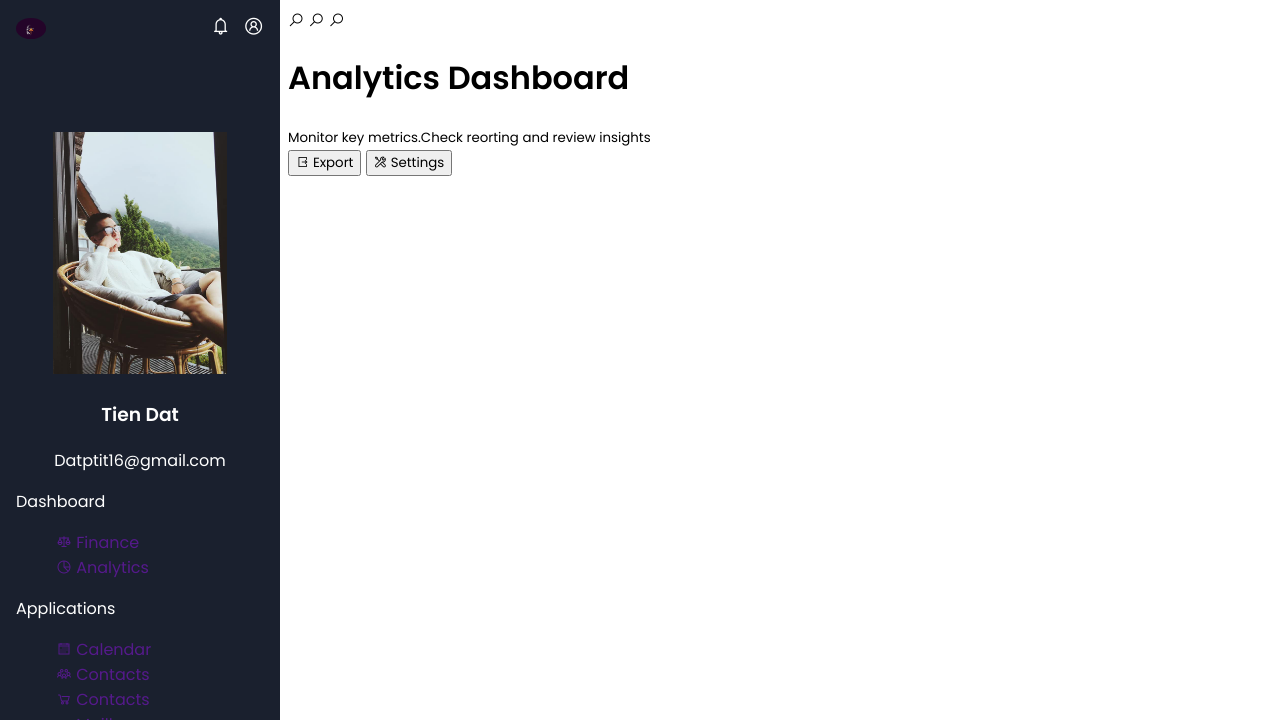
Repository: Datt21/dashboard-fe-project
Page: index.html
An editor plug-in stored every save of this project. The page is shown before and after the next save, followed by the edit.
The browser window is 1280 px wide. The pictures show the whole page.

Above is the page before, as saved 2021-06-08 14:05:06.

### index.html
<!DOCTYPE html>
<html lang="en">
<head>
    <meta charset="UTF-8">
    <meta http-equiv="X-UA-Compatible" content="IE=edge">
    <meta name="viewport" content="width=device-width, initial-scale=1.0 maxium-scale=1.0">

    <!-- =============== UNICONS =================== -->
    <link rel="stylesheet" href="https://maxst.icons8.com/vue-static/landings/line-awesome/line-awesome/1.3.0/css/line-awesome.min.css">
    <!-- =============== GOOGLE FONT =============== -->

    <!-- =============== CSS ================== -->
    <link rel="stylesheet" href="./assets/css/style.css">

    <title>Tien Dat Admin Dashboard</title>

</head>
<body>
    <!-- ========== SIDEBAR======== -->
    <div class="sidebar">
    <!-- brand -->
         <div class="sidebar__brand">
             <div class="brand__flex">
                 <img src="./img/loGO1.jpg" width="30px" alt="">

                 <div class="brand__icons">
                     <span class="las la-bell"></span>
                     <span class="las la-user-circle"></span>
                 </div>
             </div>
         </div>
    <!-- main -->
         <div class="sidebar__main">
             <div class="sidebar__user">
                 <img src="./img/Daboo1.jpg" alt="">
                 <div>
                     <h3> Tien Dat</h3>
                     <span> Datptit16@gmail.com</span>
                 </div>
             </div>
             <div class="sidebar__menu">
                 <div class="menu-head">
                     <span> Dashboard</span>
                 </div>
                 <ul>
                     <li>
                         <a href="">
                         <span class="las la-balance-scale"></span>
                        Finance
                        </a>
                    </li>
                     <li>
                         <a href=""><span class="las la-chart-pie"></span>
                        Analytics
                         </a>
                    </li>
                 </ul>

                 <div class="menu-head">
                    <span> Applications</span>
                </div>
                <ul>
                    <li>
                        <a href="">
                        <span class="las la-calendar"></span>
                       Calendar
                       </a>
                   </li>
                    <li>
                        <a href=""><span class="las la-users"></span>
                       Contacts
                        </a>
                   </li>
                    <li>
                        <a href=""><span class="las la-shopping-cart"></span>
                       Contacts
                        </a>
                   </li>
                    <li>
                        <a href=""><span class="las la-envelope"></span>
                       Mailbox
                        </a>
                   </li>
                    <li>
                        <a href=""><span class="las la-check-circle"></span>
                       Tasks
                        </a>
                   </li>
                </ul>
             </div>
         </div>
    </div>

    <!-- ================== MAIN CONTENT===================== -->
    <div class="main__content">
        <header>
            <span class="bars"></span>

            <div>
                <span class="las la-search"></span>
                <span class="las la-search"></span>
                <span class="las la-search"></span>
            </div>
        </header>

        <main>
            <div class="page-header">
                <div>
                    <h1>Analytics Dashboard</h1>
                    <small>Monitor key metrics.Check reorting and review insights</small>
                </div>

                <div>
                    <button>
                        <span class="las la-file-export"></span>
                        Export
                    </button>
                    <button>
                        <span class="las la-tools"></span>
                        Settings
                    </button>
                </div>
            </div>
        </main>
    </div>
</body>
</html>

### assets/css/style.css
@import url('https://fonts.googleapis.com/css2?family=Poppins:wght@300;400;500;600&display=swap');

:root{
    --color-main: #1a202e;
}

*{
    font-family: 'Poppins', sans-serif ;
    box-sizing: border-box;
    text-decoration: none;
    list-style-type: none;
}

.sidebar{
    width: 280px;
    position: fixed;
    left: 0;
    top: 0;
    height: 100%;
    padding: 1rem;
    background: var(--color-main);
    color: #fff;
}

.sidebar__brand{
    height: 100px;
}

.brand__flex{
    display: flex;
    justify-content: space-between;
    align-items: center;
}

.brand__flex img{
    border-radius: 60%;
}

.brand__icons span{
    font-size: 1.3rem;
    margin-left: 0.5rem;
}

.sidebar__user{
    margin: 1rem 0rem;
    text-align: center;
}

.sidebar__user img{
    width: 70%;
}

.main__content{
    margin-left: 280px;
}

After the next save:
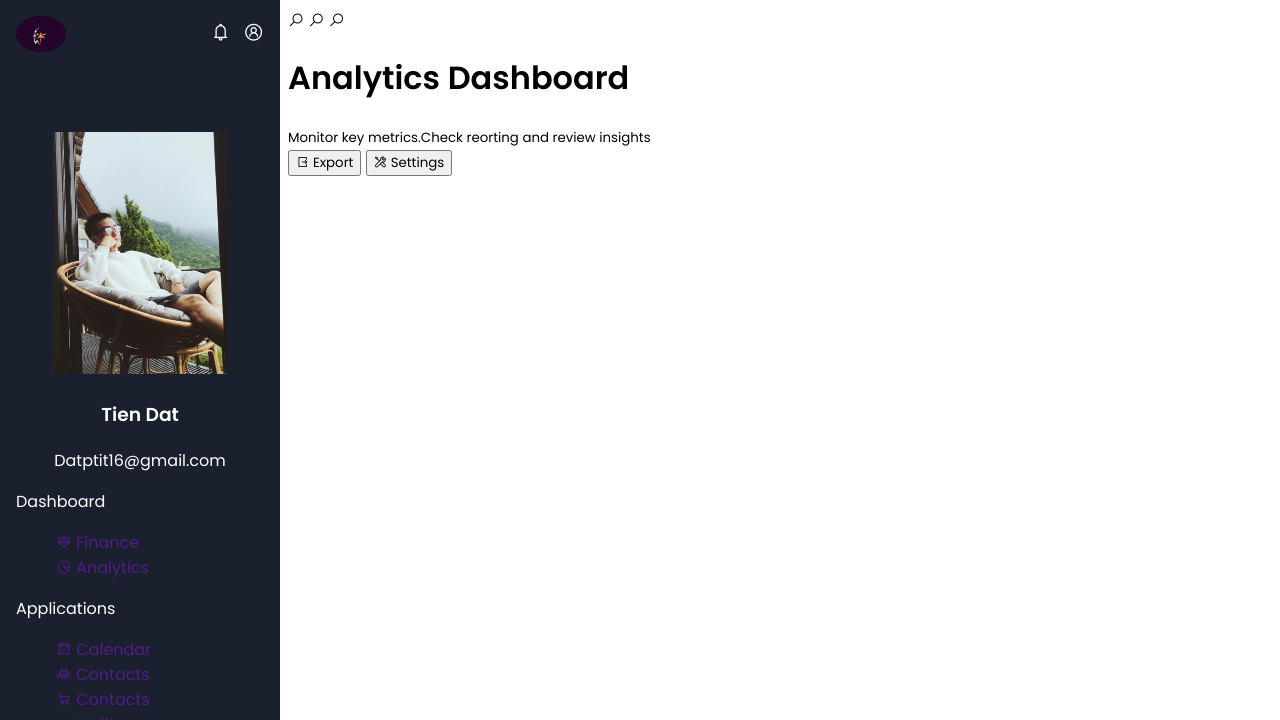
Saved 7 s later.
--- a/index.html
+++ b/index.html
@@ -21,7 +21,7 @@
     <!-- brand -->
          <div class="sidebar__brand">
              <div class="brand__flex">
-                 <img src="./img/loGO1.jpg" width="30px" alt="">
+                 <img src="./img/loGO1.jpg" width="50px" alt="">
 
                  <div class="brand__icons">
                      <span class="las la-bell"></span>
